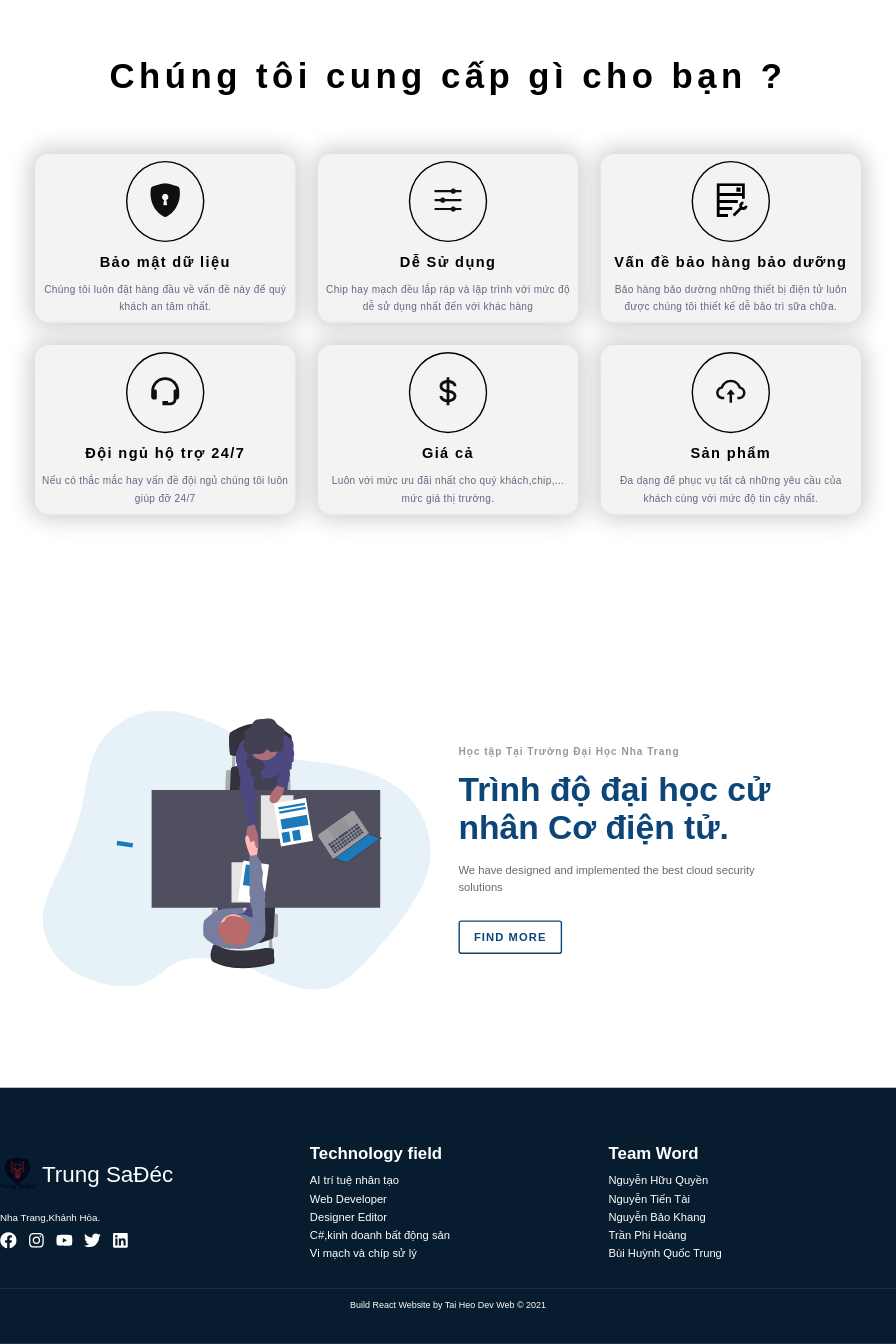
Repository: fdhhhdjd/Profile-Gift-B_H_Q_Trung
Page: /
The author's editor kept a copy of each file at every save. The page is drawn from the files as they stood at one save, then again after the next save.
The browser window is 1280 px wide. The pictures show the part of the page from y = 777 to 2697 px (the page is 2697 px tall), at 70% of full size.
The project was rebuilt for these pictures with package versions that can differ from the ones it lists, and the page was loaded fresh each time. Also part of the build but not shown: src/App.css, src/Styles/PricingStyles.js, src/Data/PricingData.js, src/Pages/PricingPage.js. Imported but missing from the stored project, and not drawn on this page: src/Pages/SignUpPage.

Above is the page before, as saved 2021-10-29 09:42:23.

After the next save:
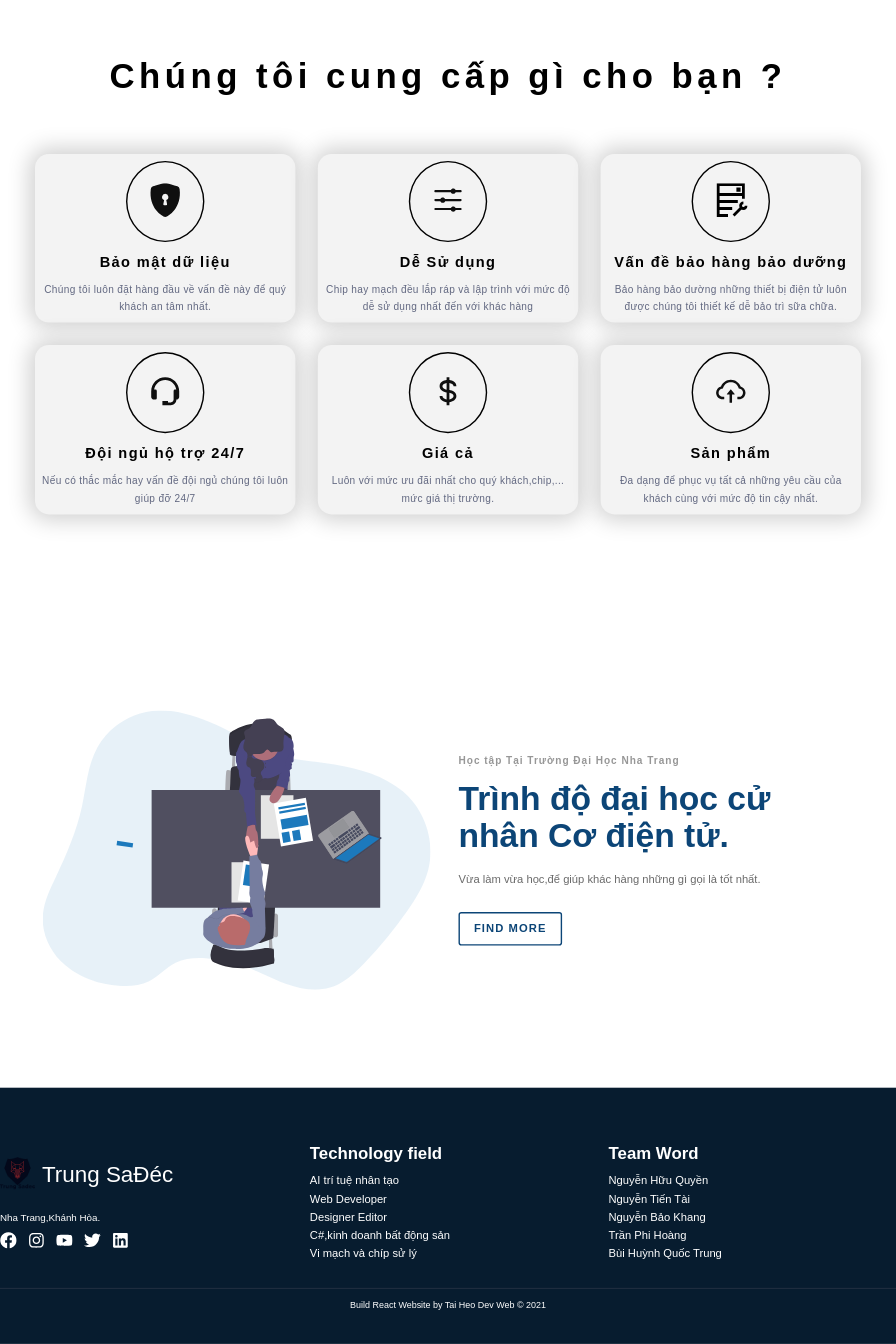
Saved 52 s later.
--- a/src/Data/HeroData.js
+++ b/src/Data/HeroData.js
@@ -5,8 +5,7 @@ export const heroOne = {
     text: "Học tập Tại Trường Đại Học Nha Trang",
   },
   headline: "Trình độ đại học cử nhân Cơ điện tử.",
-  description:
-    "We have designed and implemented the best cloud security solutions",
+  description: "Vừa làm vừa học,để giúp khác hàng những gì gọi là tốt nhất.",
   buttonLabel: "Find More",
   imgStart: "start",
   img: "./assets/svg/Deal.svg",
